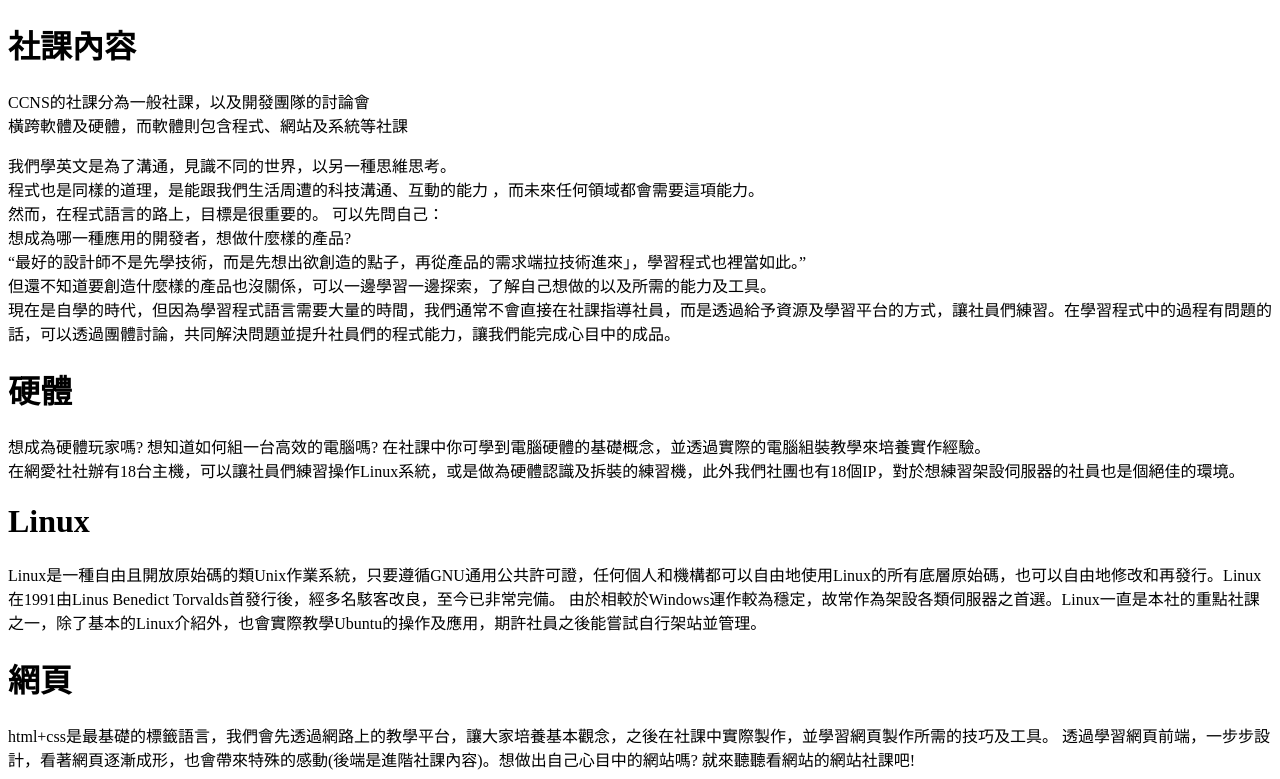
Repository: ccns/ccns_website
Page: classes.html
The author's editor kept a record of every edit. The page is drawn from the files as they stood at one moment, then again after the next edit.
The browser window is 1280 px wide. The pictures show the whole page.

Above is the page before.

After the next edit:
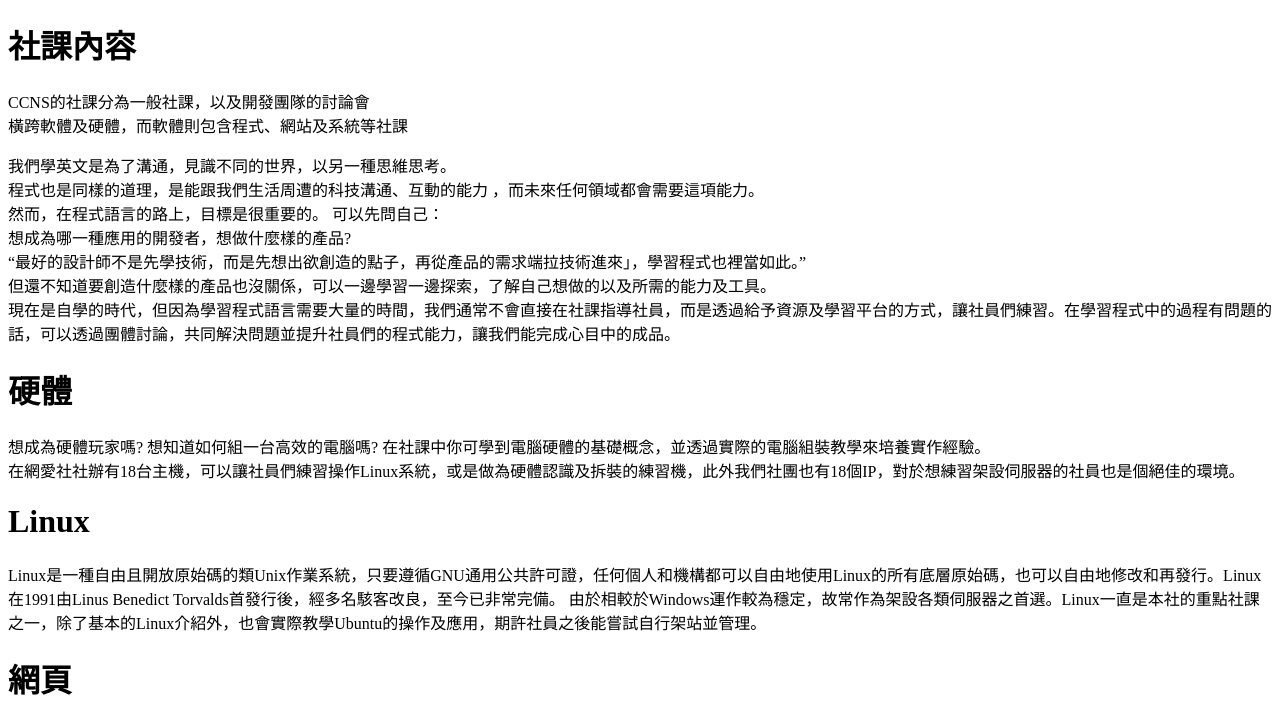
The edit:
--- a/classes.html
+++ b/classes.html
@@ -42,7 +42,6 @@
 
 
 
-html+css是最基礎的標籤語言，我們會先透過網路上的教學平台，讓大家培養基本觀念，之後在社課中實際製作，並學習網頁製作所需的技巧及工具。  透過學習網頁前端，一步步設計，看著網頁逐漸成形，也會帶來特殊的感動(後端是進階社課內容)。想做出自己心目中的網站嗎? 就來聽聽看網站的網站社課吧!
 
 	</div>
 
